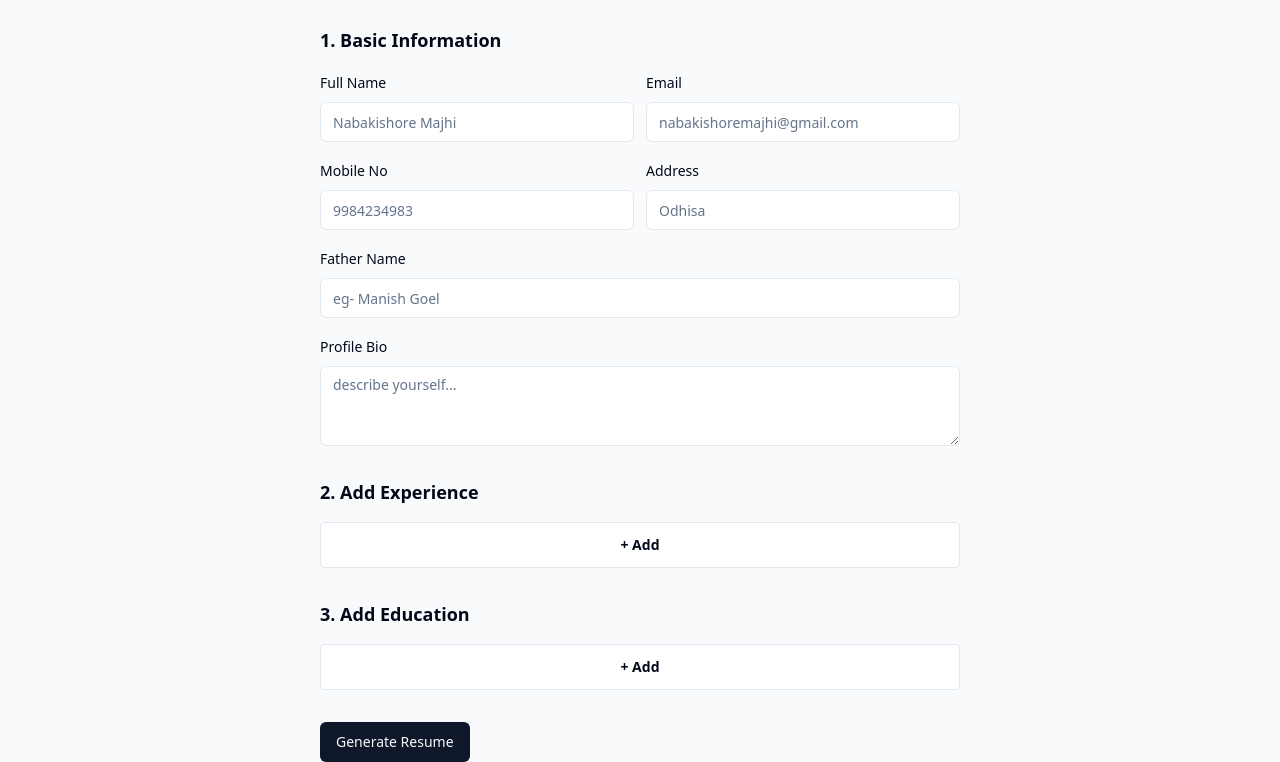
Repository: nickgoel31/resume-maker
Page: /create-resume
The author's editor kept a copy of each file at every save. The page is drawn from the files as they stood at one save, then again after the next save.
The browser window is 1280 px wide. The pictures show the whole page.
The project was rebuilt for these pictures with package versions that can differ from the ones it lists, and the page was loaded fresh each time. The framework's server and built-in components were replaced by stand-ins that run in the browser. Also part of the build but not shown: next.config.mjs.

Above is the page before, as saved 2024-03-19 16:21:19.

### app/(main)/create-resume/page.tsx
"use client"
import { zodResolver } from "@hookform/resolvers/zod"
import { useForm } from "react-hook-form"
import { z } from "zod"

import { Button } from "@/components/ui/button"
import {
  Form,
  FormControl,
  FormDescription,
  FormField,
  FormItem,
  FormLabel,
  FormMessage,
} from "@/components/ui/form"
import { Input } from "@/components/ui/input"
import { Textarea } from "@/components/ui/textarea"
import ExpAddBtn from "./_components/exp-add-btn"
import { useState } from "react"
import { Trash2 } from "lucide-react"
import EduAddBtn from "./_components/edu-add-btn"
import { createResumeInDb } from "@/actions/create-resume-in-db"
import { PDFDocument, rgb } from "pdf-lib";
import { generateResumePDF } from "@/actions/generate-resume-pdf"

const formSchema = z.object({
  name: z.string().min(2, {
    message: "Name must be at least 2 characters.",
  }),
    email: z.string().email({
        message: "Invalid email address.",
    }),
    phone: z.string().min(10, {
      message: "Phone number should have at least 10 digits.",
    }),
    address: z.string().min(5, {
      message: "Address should have at least 5 characters.",
    }),
    summary: z.string().min(10, {
      message: "Summary should have at least 10 characters.",
    }),
    fatherName: z.string().min(2, {
        message: "Father Name should have at least 2 characters.",
      }),
})

export type Experience = {
    jobTitle: string;
    company: string;
    description: string;
    startDate: Date | null;
    endDate: Date | null;
}

export type Education = {
    degree: string;
    institution: string;
    major: string;
    startDate: string;
    endDate: string;
}

const CreateResumePage = () => {

    let createdRes;

    const form = useForm<z.infer<typeof formSchema>>({
        resolver: zodResolver(formSchema),
        defaultValues: {
            name: "",
            email: "",
            phone: "",
            address: "",
            summary: "",
            fatherName: ""
        },
      })

      // 2. Define a submit handler.

      if(createdRes === "Resume Created") {
          return;
        }


    const [experiences, setExperiences] = useState<Experience[]>([])

    const handleExperienceAdd = (experience:Experience) => {
        setExperiences([...experiences, experience])
    }
    const deleteExperience = (index:number) => {
        const newExperiences = experiences.filter((_, i) => i !== index)
        setExperiences(newExperiences)
    }

    const [educations, setEducations] = useState<Education[]>([])

    const handleEducationAdd = (education:Education) => {
        setEducations([...educations, education])
    }
    const deleteEducation = (index:number) => {
        const newEducation = educations.filter((_, i) => i !== index)
        setEducations(newEducation)
    }

    function onSubmit(values: z.infer<typeof formSchema>) {
        generateResumePDF(values,experiences,educations)

    };


    return (
    <body className='h-full w-full bg-slate-50 flex items-center justify-center gap-8 flex-col py-10 px-5'>
        <div className=''>
            <h1 className='font-bold text-3xl'>Create Resume</h1>
        </div>

        <Form {...form}>
            <form onSubmit={form.handleSubmit(onSubmit)} className="space-y-8 w-full max-w-screen-sm">
                {/* SECTION 1 */}
                <div className="section-1 space-y-4">
                    <h3 className="text-semibold font-semibold text-lg">1. Basic Information</h3>
                <div className="flex items-center gap-3 w-full ">
                    <FormField
                    control={form.control}
                    name="name"
                    render={({ field }) => (
                        <FormItem className="w-full">
                        <FormLabel>Full Name</FormLabel>
                        <FormControl>
                            <Input placeholder="Nabakishore Majhi" className="w-full" {...field} />
                        </FormControl>
                        <FormMessage />
                        </FormItem>
                    )}
                    />
                    <FormField
                    control={form.control}
                    name="email"
                    render={({ field }) => (
                        <FormItem className="w-full">
                            <FormLabel>Email</FormLabel>
                            <FormControl>
                                <Input placeholder="nabakishoremajhi@gmail.com" className="w-full" {...field} />
                            </FormControl>
                        </FormItem>
                    )}/>
                </div>

                <div className="flex items-center gap-3 w-full">
                <FormField
                control={form.control}
                name="phone"
                render={({ field }) => (
                    <FormItem className="w-full">
                        <FormLabel>Mobile No</FormLabel>
                        <FormControl>
                            <Input placeholder="9984234983" {...field} />
                        </FormControl>
                    </FormItem>
                )}/>
                <FormField
                control={form.control}
                name="address"
                render={({ field }) => (
                    <FormItem className="w-full">
                        <FormLabel>Address</FormLabel>
                        <FormControl>
                            <Input placeholder="Odhisa" {...field} />
                        </FormControl>
                    </FormItem>
                )}/>
                </div>

                <FormField
                control={form.control}
                name="fatherName"
                render={({ field }) => (
                    <FormItem>
                        <FormLabel>Father Name</FormLabel>
                        <FormControl>
                            <Input type="text" placeholder="eg- Manish Goel" {...field} />
                        </FormControl>
                    </FormItem>
                )}/>

                <FormField
                control={form.control}
                name="summary"
                render={({ field }) => (
                    <FormItem>
                        <FormLabel>Profile Bio</FormLabel>
                        <FormControl>
                            <Textarea placeholder="describe yourself..." {...field} />
                        </FormControl>
                    </FormItem>
                )}/>
                </div>

                {/* SECTION 2 */}
                <div className="section-1 space-y-4">
                    <h3 className="text-semibold font-semibold text-lg">2. Add Experience</h3>

                    <div className="grid grid-cols-1 w-full gap-3">
                        {experiences.map((experience, index) => (
                            <div className="add-btn rounded border p-3 bg-white text-sm font-semibold flex gap-4 items-center flex-wrap justify-between">
                                <div className="line-clamp-1">
                                    {experience.jobTitle}
                                </div>
                                <div>
                                    <Trash2 size={15} onClick={() => deleteExperience(index)} className="text-red-500 cursor-pointer"/>
                                </div>
                            </div>
                        ))}
                        <ExpAddBtn onExperienceAdd={handleExperienceAdd}/>
                    </div>
                </div>

                {/* SECTION 3 */}
                <div className="section-1 space-y-4">
                    <h3 className="text-semibold font-semibold text-lg">3. Add Education</h3>

                    <div className="grid grid-cols-1 w-full gap-3">
                        {educations.map((education, index) => (
                            <div className="add-btn rounded border p-3 bg-white text-sm font-semibold flex gap-4 items-center flex-wrap justify-between">
                                <div className="line-clamp-1">
                                    {education.degree}
                                </div>
                                <div>
                                    <Trash2 size={15} onClick={() => deleteEducation(index)} className="text-red-500 cursor-pointer"/>
                                </div>
                            </div>
                        ))}
                        <EduAddBtn onEducationAdd={handleEducationAdd}/>
                    </div>
                </div>

                <Button type="submit">Generate Resume</Button>
            </form>
        </Form>

    </body>
  )
}

export default CreateResumePage

### app/globals.css
@tailwind base;
@tailwind components;
@tailwind utilities;

body,html,:root{
  height: 100%;
}

@layer base {
  :root {
    --background: 0 0% 100%;
    --foreground: 222.2 84% 4.9%;

    --card: 0 0% 100%;
    --card-foreground: 222.2 84% 4.9%;

    --popover: 0 0% 100%;
    --popover-foreground: 222.2 84% 4.9%;

    --primary: 222.2 47.4% 11.2%;
    --primary-foreground: 210 40% 98%;

    --secondary: 210 40% 96.1%;
    --secondary-foreground: 222.2 47.4% 11.2%;

    --muted: 210 40% 96.1%;
    --muted-foreground: 215.4 16.3% 46.9%;

    --accent: 210 40% 96.1%;
    --accent-foreground: 222.2 47.4% 11.2%;

    --destructive: 0 84.2% 60.2%;
    --destructive-foreground: 210 40% 98%;

    --border: 214.3 31.8% 91.4%;
    --input: 214.3 31.8% 91.4%;
    --ring: 222.2 84% 4.9%;

    --radius: 0.5rem;
  }

  .dark {
    --background: 222.2 84% 4.9%;
    --foreground: 210 40% 98%;

    --card: 222.2 84% 4.9%;
    --card-foreground: 210 40% 98%;

    --popover: 222.2 84% 4.9%;
    --popover-foreground: 210 40% 98%;

    --primary: 210 40% 98%;
    --primary-foreground: 222.2 47.4% 11.2%;

    --secondary: 217.2 32.6% 17.5%;
    --secondary-foreground: 210 40% 98%;

    --muted: 217.2 32.6% 17.5%;
    --muted-foreground: 215 20.2% 65.1%;

    --accent: 217.2 32.6% 17.5%;
    --accent-foreground: 210 40% 98%;

    --destructive: 0 62.8% 30.6%;
    --destructive-foreground: 210 40% 98%;

    --border: 217.2 32.6% 17.5%;
    --input: 217.2 32.6% 17.5%;
    --ring: 212.7 26.8% 83.9%;
  }
}

@layer base {
  * {
    @apply border-border;
  }
  body {
    @apply bg-background text-foreground;
  }
}

### components/ui/button.tsx
import * as React from "react"
import { Slot } from "@radix-ui/react-slot"
import { cva, type VariantProps } from "class-variance-authority"

import { cn } from "@/lib/utils"

const buttonVariants = cva(
  "inline-flex items-center justify-center whitespace-nowrap rounded-md text-sm font-medium ring-offset-background transition-colors focus-visible:outline-none focus-visible:ring-2 focus-visible:ring-ring focus-visible:ring-offset-2 disabled:pointer-events-none disabled:opacity-50",
  {
    variants: {
      variant: {
        default: "bg-primary text-primary-foreground hover:bg-primary/90",
        destructive:
          "bg-destructive text-destructive-foreground hover:bg-destructive/90",
        outline:
          "border border-input bg-background hover:bg-accent hover:text-accent-foreground",
        secondary:
          "bg-secondary text-secondary-foreground hover:bg-secondary/80",
        ghost: "hover:bg-accent hover:text-accent-foreground",
        link: "text-primary underline-offset-4 hover:underline",
      },
      size: {
        default: "h-10 px-4 py-2",
        sm: "h-9 rounded-md px-3",
        lg: "h-11 rounded-md px-8",
        icon: "h-10 w-10",
      },
    },
    defaultVariants: {
      variant: "default",
      size: "default",
    },
  }
)

export interface ButtonProps
  extends React.ButtonHTMLAttributes<HTMLButtonElement>,
    VariantProps<typeof buttonVariants> {
  asChild?: boolean
}

const Button = React.forwardRef<HTMLButtonElement, ButtonProps>(
  ({ className, variant, size, asChild = false, ...props }, ref) => {
    const Comp = asChild ? Slot : "button"
    return (
      <Comp
        className={cn(buttonVariants({ variant, size, className }))}
        ref={ref}
        {...props}
      />
    )
  }
)
Button.displayName = "Button"

export { Button, buttonVariants }

### components/ui/input.tsx
import * as React from "react"

import { cn } from "@/lib/utils"

export interface InputProps
  extends React.InputHTMLAttributes<HTMLInputElement> {}

const Input = React.forwardRef<HTMLInputElement, InputProps>(
  ({ className, type, ...props }, ref) => {
    return (
      <input
        type={type}
        className={cn(
          "flex h-10 w-full rounded-md border border-input bg-background px-3 py-2 text-sm ring-offset-background file:border-0 file:bg-transparent file:text-sm file:font-medium placeholder:text-muted-foreground focus-visible:outline-none focus-visible:ring-2 focus-visible:ring-ring focus-visible:ring-offset-2 disabled:cursor-not-allowed disabled:opacity-50",
          className
        )}
        ref={ref}
        {...props}
      />
    )
  }
)
Input.displayName = "Input"

export { Input }

### components/ui/textarea.tsx
import * as React from "react"

import { cn } from "@/lib/utils"

export interface TextareaProps
  extends React.TextareaHTMLAttributes<HTMLTextAreaElement> {}

const Textarea = React.forwardRef<HTMLTextAreaElement, TextareaProps>(
  ({ className, ...props }, ref) => {
    return (
      <textarea
        className={cn(
          "flex min-h-[80px] w-full rounded-md border border-input bg-background px-3 py-2 text-sm ring-offset-background placeholder:text-muted-foreground focus-visible:outline-none focus-visible:ring-2 focus-visible:ring-ring focus-visible:ring-offset-2 disabled:cursor-not-allowed disabled:opacity-50",
          className
        )}
        ref={ref}
        {...props}
      />
    )
  }
)
Textarea.displayName = "Textarea"

export { Textarea }

### app/(main)/create-resume/_components/edu-add-btn.tsx
"use client"

import { Dialog, DialogClose, DialogContent, DialogDescription, DialogHeader, DialogTitle, DialogTrigger } from '@/components/ui/dialog'
import React, { useState } from 'react'
import { z } from "zod"

import { Button } from "@/components/ui/button"
import {
  Form,
  FormControl,
  FormDescription,
  FormField,
  FormItem,
  FormLabel,
  FormMessage,
} from "@/components/ui/form"
import { Input } from '@/components/ui/input'
import { Textarea } from '@/components/ui/textarea'
import { DatePicker } from '@/components/ui/date-picker'
import { Education, Experience } from '../page'

const EduAddBtn = ({onEducationAdd}:{onEducationAdd: (education:Education) => void}) => {

    const [degree, setDegree] = useState("")
    const [institution, setInstitution] = useState("")
    const [major, setMajor] = useState("")
    const [startDate, setStartDate] = useState("")
    const [endDate, setEndDate] = useState("")

    const handleAddEducation = () => {
        const education = {
            degree: degree,
            institution: institution,
            major: major,
            startDate: startDate,
            endDate: endDate
        };
        onEducationAdd(education); // Call the function passed from the parent with the experience object
    }


  return (
    <Dialog>
        <DialogTrigger>
            <div className="add-btn rounded border p-3 bg-white text-sm font-semibold flex items-center justify-center">
                + Add
            </div>
        </DialogTrigger>

        <DialogContent>
            <DialogHeader>
                <DialogTitle>Add Experience</DialogTitle>
                <DialogDescription>
                    Add your work experience, internships, etc.
                </DialogDescription>
            </DialogHeader>

            <div className="flex flex-col items-center gap-3 w-full">
                <div className='flex flex-col gap-1 w-full'>
                    <label htmlFor="" className='font-medium text-sm'>Degree</label>
                    <Input type="text" placeholder='e.g., Software Engineer Intern' onChange={(e) => setDegree(e.target.value)} />
                </div>
                <div className='flex flex-col gap-1 w-full'>
                    <label htmlFor="" className='font-medium text-sm'>School / Institute</label>
                    <Input type="text" placeholder='e.g., Software Engineer Intern' onChange={(e) => setInstitution(e.target.value)}/>
                </div>
                <div className='flex flex-col gap-1 w-full'>
                    <label htmlFor="" className='font-medium text-sm'>Major</label>
                    <Textarea placeholder='e.g., Software Engineer Intern' onChange={(e) => setMajor(e.target.value)} />
                </div>
                <div className='flex items-center gap-3 w-full'>
                    {/* <div className='flex flex-col gap-1 w-full'>
                        <label htmlFor="" className='font-medium text-sm'>Start Date</label>
                        <DatePicker />
                    </div>
                    <div className='flex flex-col gap-1 w-full'>
                        <label htmlFor="" className='font-medium text-sm'>End Date</label>
                        <DatePicker onChange={(e) => setJobTitle(e.target.value)}/>
                    </div> */}
                </div>
                <div className='flex w-full justify-end'>
                    <DialogClose>
                        <Button onClick={handleAddEducation}>Add</Button>
                    </DialogClose>
                </div>
            </div>
        </DialogContent>
    </Dialog>
  )
}

export default EduAddBtn

### actions/generate-resume-pdf.ts
import { z } from "zod";
import pdfMake from "pdfmake/build/pdfmake";
import pdfFonts from "pdfmake/build/vfs_fonts";
import { Education, Experience } from "@/app/(main)/create-resume/page";

// Register fonts
pdfMake.vfs = pdfFonts.pdfMake.vfs;

const formSchema = z.object({
  name: z.string().min(2, {
    message: "Name must be at least 2 characters.",
  }),
    email: z.string().email({
        message: "Invalid email address.",
    }),
    phone: z.string().min(10, {
      message: "Phone number should have at least 10 digits.",
    }),
    address: z.string().min(5, {
      message: "Address should have at least 5 characters.",
    }),
    summary: z.string().min(10, {
      message: "Summary should have at least 10 characters.",
    }),
    fatherName: z.string().min(2, {
        message: "Father Name should have at least 2 characters.",
      }),
})

export const generateResumePDF = (values: z.infer<typeof formSchema>, experiences: Experience[], educations: Education[]) => {
  const content = [
    { text: "Resume", style: "header" },
    { text: `Name: ${values.name}` },
    { text: `Email: ${values.email}` },
    { text: `Phone: ${values.phone}` },
    { text: `Address: ${values.address}` },
    { text: `Father's Name: ${values.fatherName}` },
    { text: "Summary:", style: "subheader" },
    { text: values.summary, style: "summary" }
  ];

  // Add experiences
  if (experiences.length > 0) {
    content.push(
      { text: "Experiences:", style: "subheader" }
    );
    experiences.forEach(experience => {
      content.push(
        { text: `Job Title: ${experience.jobTitle}` },
        { text: `Company: ${experience.company}` },
        { text: `Description: ${experience.description}` },
        { text: `Start Date: ${experience.startDate}` },
        { text: `End Date: ${experience.endDate}` }
      );
    });
  }

  // Add educations
  if (educations.length > 0) {
    content.push(
      { text: "Educations:", style: "subheader" }
    );
    educations.forEach(education => {
      content.push(
        { text: `Degree: ${education.degree}` },
        { text: `Institution: ${education.institution}` },
        { text: `Major: ${education.major}` },
        { text: `Start Date: ${education.startDate}` },
        { text: `End Date: ${education.endDate}` }
      );
    });
  }

  const documentDefinition: any = {
    content,
    styles: {
      header: {
        fontSize: 18,
        bold: true,
        margin: [0, 0, 0, 10] // [left, top, right, bottom]
      },
      subheader: {
        fontSize: 14,
        bold: true,
        margin: [0, 10, 0, 5] // [left, top, right, bottom]
      },
      summary: {
        fontSize: 12,
        margin: [0, 0, 0, 10] // [left, top, right, bottom]
      }
    }
  };

  // Create PDF document
  const pdfDoc = pdfMake.createPdf(documentDefinition);

  // Download the PDF
  pdfDoc.download("resume.pdf");
};

### lib/utils.ts
import { type ClassValue, clsx } from "clsx"
import { twMerge } from "tailwind-merge"
import { PDFDocument, rgb } from 'pdf-lib';

export function cn(...inputs: ClassValue[]) {
  return twMerge(clsx(inputs))
}



export const generatePDF = async () => {
    // Create a new PDF document
    const pdfDoc = await PDFDocument.create();
    const page = pdfDoc.addPage([612, 792]);

    // Add content to the PDF page
    const { width, height } = page.getSize();
    page.drawText('Hello, World!', {
        x: 50,
        y: height - 100,
        size: 30,
        color: rgb(0, 0, 0),
    });

    // Save the PDF to a Uint8Array
    const pdfBytes = await pdfDoc.save();

    return pdfBytes;
}

### components/ui/label.tsx
"use client"

import * as React from "react"
import * as LabelPrimitive from "@radix-ui/react-label"
import { cva, type VariantProps } from "class-variance-authority"

import { cn } from "@/lib/utils"

const labelVariants = cva(
  "text-sm font-medium leading-none peer-disabled:cursor-not-allowed peer-disabled:opacity-70"
)

const Label = React.forwardRef<
  React.ElementRef<typeof LabelPrimitive.Root>,
  React.ComponentPropsWithoutRef<typeof LabelPrimitive.Root> &
    VariantProps<typeof labelVariants>
>(({ className, ...props }, ref) => (
  <LabelPrimitive.Root
    ref={ref}
    className={cn(labelVariants(), className)}
    {...props}
  />
))
Label.displayName = LabelPrimitive.Root.displayName

export { Label }

Loaded but not shown: app/layout.tsx (common file); tailwind.config.ts (common file); components/ui/form.tsx (176 lines, source omitted); components/ui/dialog.tsx (122 lines, source omitted); app/(main)/create-resume/_components/exp-add-btn.tsx (92 lines, source omitted)

After the next save:
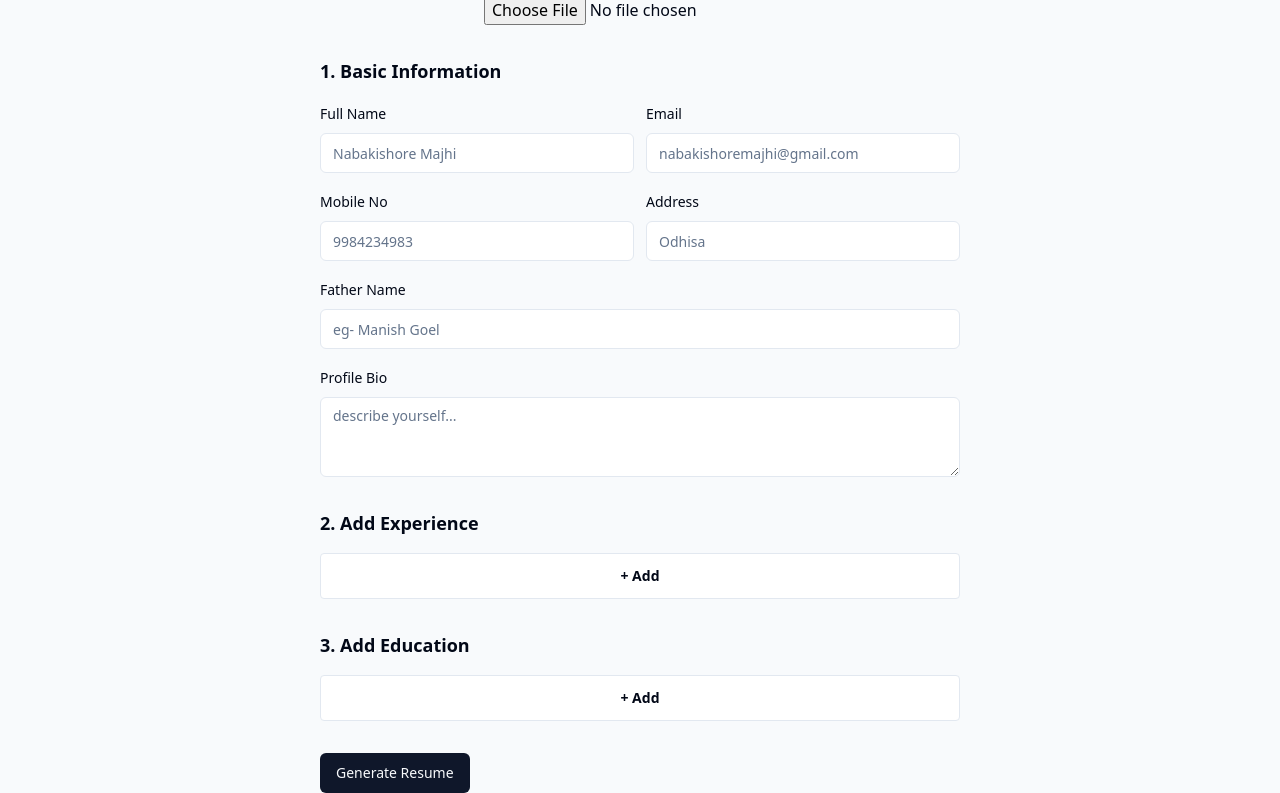
Saved 4 min 47 s later.
--- a/app/(main)/create-resume/page.tsx
+++ b/app/(main)/create-resume/page.tsx
@@ -115,6 +115,8 @@ const CreateResumePage = () => {
             <h1 className='font-bold text-3xl'>Create Resume</h1>
         </div>
 
+        <input type="file" />
+
         <Form {...form}>
             <form onSubmit={form.handleSubmit(onSubmit)} className="space-y-8 w-full max-w-screen-sm">
                 {/* SECTION 1 */}
